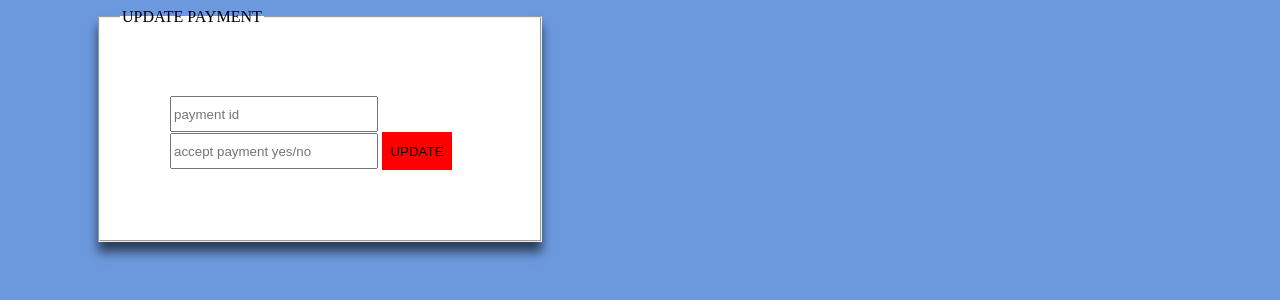
Repository: Nihara-R/Vehicle-Insurance-Portal
Page: http://localhost/paymentupdate.php
These files come from the project's save history. The page is drawn as it stood at one moment and after the next save; the edit follows.
The browser window is 1280 px wide. The pictures show the whole page.
The page is run by PHP 8.4 with error messages shown; the project is at /var/www/html/.

Above is the page before, as saved 2023-06-29 09:04:54.

### paymentupdate.php
<!DOCTYPE html>
<html lang="en" dir="ltr">
  <head>
    <meta charset="utf-8">
    <title></title>
    <link rel="stylesheet" href="css/deletuser.css">
  </head>
  <body>
    <fieldset>
<legend>UPDATE PAYMENT</legend>

    <form class="" action="include/update_payment.inc.php" method="post">

      <input type="text" name="id" value="" placeholder="payment id" class="textbox">
      <input type="text" name="accept" value="" placeholder="accept payment yes/no" class="textbox">

      <input type="submit" name="submit" value="UPDATE" class="button">

</fieldset>
    </form>

  </body>
</html>

### css/deletuser.css
body{
  background: #6C99DE;
}
form{
margin: 50px;
}
.deletebox{
  margin: 200px;
  margin-left: 400px;
  padding: 50px;
  height: 300px;
  border: 3px solid black;
  background-color: white;
  box-shadow: 0 10px 10px rgba(0,0, 0, 0.60);
  width: 40%;
}
fieldset{
  width: 400px;
  padding: 20px;
  align-items: center;
  justify-content: center;
  margin-left: 90px;

  box-shadow: 0 10px 10px rgba(0,0, 0, 0.60);
  background: white;
}
.button{
  background: red;
  height: 38px;
  width: 70px;
  border: none;
}
.textbox{
  height: 30px;
  width: 200px;

}

After the next save:
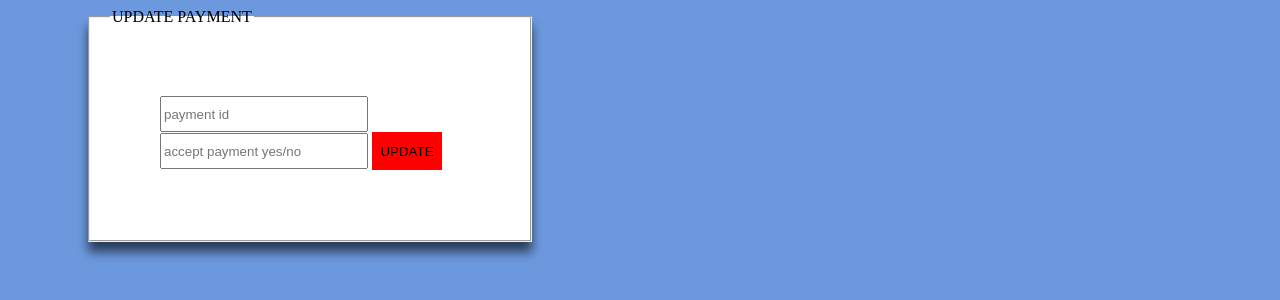
Saved 35 s later.
--- a/css/deletuser.css
+++ b/css/deletuser.css
@@ -8,7 +8,7 @@ margin: 50px;
   margin: 200px;
   margin-left: 400px;
   padding: 50px;
-  height: 300px;
+  height: 200px;
   border: 3px solid black;
   background-color: white;
   box-shadow: 0 10px 10px rgba(0,0, 0, 0.60);
@@ -19,7 +19,7 @@ fieldset{
   padding: 20px;
   align-items: center;
   justify-content: center;
-  margin-left: 90px;
+  margin-left: 80px;
 
   box-shadow: 0 10px 10px rgba(0,0, 0, 0.60);
   background: white;
